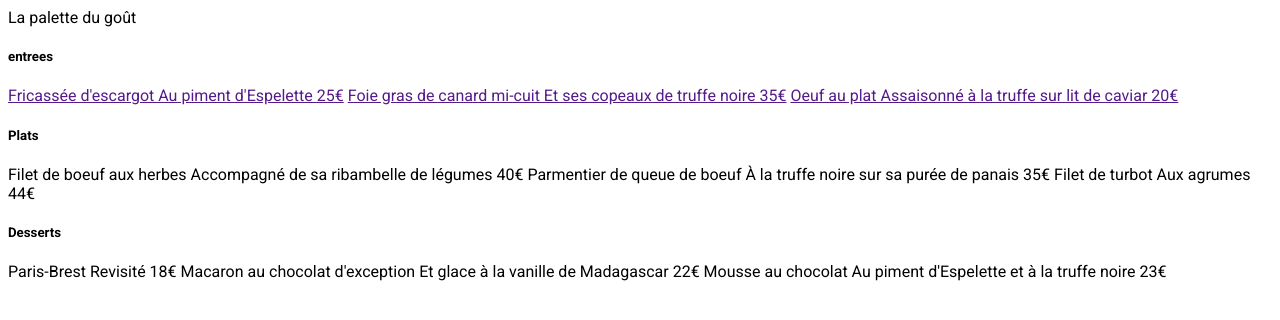
Repository: lysianebo/OHMYFOOD
Page: la_palette_du_goût.html
An editor plug-in stored every save of this project. The page is shown before and after the next save, followed by the edit.
The browser window is 1280 px wide. The pictures show the whole page.
Some web fonts or font styles are not loaded; a fallback is used. Some web libraries are served in a nearby version.

Above is the page before, as saved 2022-10-22 16:09:16.

After the next save:
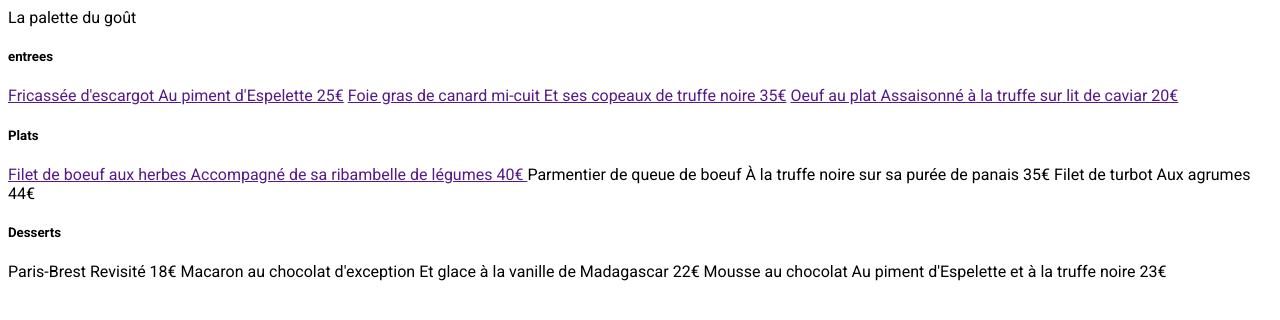
Saved 8 s later.
--- a/la_palette_du_goût.html
+++ b/la_palette_du_goût.html
@@ -25,7 +25,7 @@
 
 
   <h5>Plats</h5>
-    <a href="" class="btn grey"></a>Filet de boeuf aux herbes
+    <a href="" class="btn grey">Filet de boeuf aux herbes
     Accompagné de sa ribambelle de légumes
     40€
 
